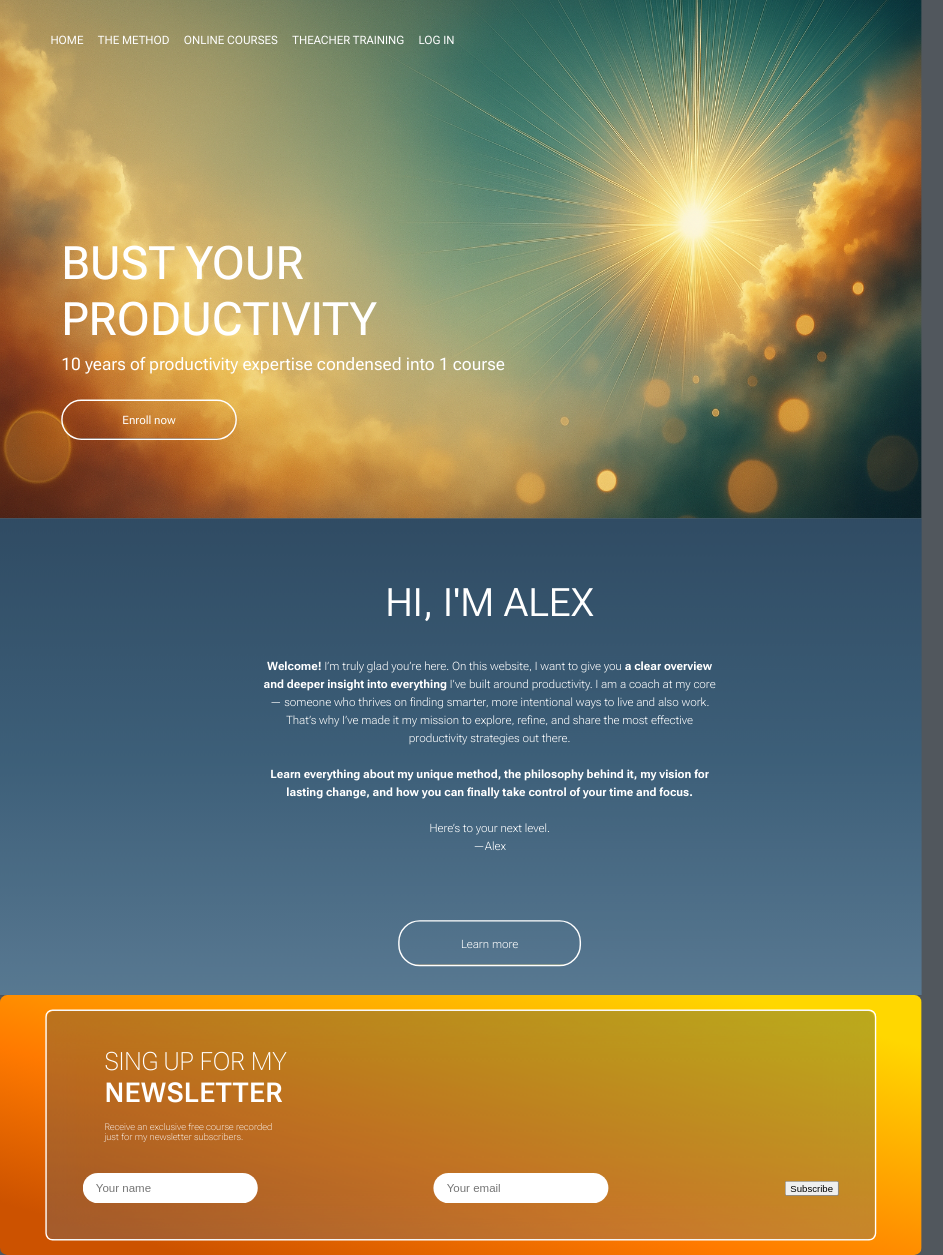
Repository: Parnicoza/testecomplete
Page: Productivity.copie.html
These files come from the project's save history. The page is drawn as it stood at one moment and after the next save; the edit follows.
The browser window is 1280 px wide. The page is 1310 px wide, so the pictures cover 1310 px, including what lies to the right of the window. The pictures show the whole page, at 72% of full size.

Above is the page before, as saved 2025-05-29 12:54:14.

### Productivity.copie.html
<!DOCTYPE html>
<html lang="en">

<head>
    <meta charset="utf-8">
    <title>Productivity</title>
    <link rel="stylesheet" href="stilizaretestcomplet-14.css">
    <link rel="icon" href="imaginitestecomplete/dashboard.ico">
    <link rel="stylesheet" href="peoductivitate.css">
    <meta name="viewport" content="width=device-width, initial-scale=1.0">
    <meta charset="UTF-8">
    <link rel="preconnect" href="https://fonts.googleapis.com">
    <link rel="preconnect" href="https://fonts.gstatic.com" crossorigin>
    <link href="https://fonts.googleapis.com/css2?family=Roboto+Flex:opsz,wght@8..144,100..1000&display=swap"
        rel="stylesheet">
</head>

<body>
    <header>
        <nav>
            <ul class="nav-links">
                <li><a href="">HOME</a></li>
                <li><a href="">THE METHOD </a></li>
                <li><a href="">ONLINE COURSES</a></li>
                <li><a href="">THEACHER TRAINING</a></li>
                <li><a href="">LOG IN</a></li>
            </ul>
        </nav>
    </header>
    <div class="hero-section">
        <!--Acest div este pentru a separa, cu un background , the intro of the page ,cum ar venii , fata de restul paginii-->
        <figure>
            <h1 class="main-heading-pentru-productivity"> Bust Your <br>
                Productivity</h1>
            <figcaption class="caption-for-the-heading">10 years of productivity expertise condensed into 1 course
            </figcaption>
            <a class="button" href="https://www.maltemartenmethod.com/"><span>Enroll now</span></a>
        </figure>
    </div>

    <div class="background-after-hero"
        style="background: linear-gradient(to bottom, #1e3c56, #2c516d, #4a6d88), rgba(255, 255, 255, 0.08); background-blend-mode: overlay; padding: 40px; margin-top: 0;">
        <div class="HIIAMALEX">
            <h2>HI, I'M ALEX</h2>
            <p>
                <b>Welcome!</b> I’m truly glad you’re here. On this website, I want to give you <b>a clear overview and
                    deeper insight into everything</b> I’ve built around productivity. I am a coach at my core — someone
                who thrives on finding smarter, more intentional ways to live and also work. That’s why I’ve made it my
                mission to explore, refine, and share the most effective productivity strategies out there.<br>

                <br><b>Learn everything about my unique method, the philosophy behind it, my vision for lasting change,
                    and how you can finally take control of your time and focus.</b><br>

                <br>Here’s to your next level.<br>
                —Alex
                <a class="learn-more-btn" href="https://www.maltemartenmethod.com/"><span>Learn more</span></a>
            </p>
        </div>
    </div>

    <div class="newsletter"><!--ACESTA ESTE BACKROUND-UL , DIN SPATE , CEL CU ROSU-->
        <div class="newsletter-text"><!--ACESTA ESTE BORDERUL/BACKGROUND-UL CU BORDER-->
            <div class="newsletter-overlay"></div>
            <div class="text">
                <!--ACEST DIV ESTE PENTRU TEXTUL PROPRIU ZIS , AICI PUN TEXTUL SI MA OC CU PROPRIETATILE LUI-->
                <p class="singup">
                    SING UP FOR MY<br>
                    <span class="span">NEWSLETTER</span><br>
                    <span style="font-size: small; display: inline-block;margin-top: 15px;">
                        Receive an exclusive free course recorded<br>
                        just for my newsletter subscribers.
                    </span>
                </p>

                <form class="newsletter-form-row">
                    <input type="text"  placeholder="Your name"  required>
                    <input type="email" placeholder="Your email" required>
                    <button type="submit">Subscribe</button>
                </form>
            </div>
        </div>
    </div>
</body>

</html>

### stilizaretestcomplet-14.css
body{
    background-color:#51575D;
}

.main-heading{
    text-align: center;
    text-transform: uppercase;
    text-shadow: 15px 15px 15px black;
    font-size: 3.5em;
    color: black;
}

.background-for-the-heading{
    background: linear-gradient(to right, #5B6770, #9CAEBF);
    margin: 20px;
    padding: 5px;
    border-radius: 10px;
    margin-left: 170px;
}

.thesamebackground{
    background-color: rgba(91, 103, 112, 0.6) ;
    margin-left: 170px;
    margin-top: 50px;
    text-align: center;
    padding: 10px;
    border-radius: 10px;
    box-shadow: 5px 5px 15px black;
    margin-right: 20px;
}

.paragraph-gradient{
    color: #ffff;
    font-size: 2em;
    -webkit-text-stroke: 0.7px black;
    text-align: center;
}

.quote{
    border: 1px dotted black;
    padding: 10px;
    margin-left: 150px;
}

.divider{
    border: none;
    height: 4px;
    background-color: lightgray;
    border: 3px dotted black;
    margin: 14px;
    margin-left: 150px;
}

.image{
    border-radius: 5px;
    box-shadow: 5px 5px 15px black;
    display: block;
    margin: 0 auto;
}

.picture{
    margin-left: 160px;
}

.Dashboard{
    display: flex;
}

.sidebar{
    display: flex;
    flex-direction: column;
   width: 140px;
   position: fixed;
   left: 0;
   top: 0;
   height: 96vh;
   justify-content: center;
   margin: 20px;
   background-color: #6A747D;
    border-radius: 10px;
    box-shadow: -5px -5px 15px black;

}

.list{
    list-style-type: none;
    display: flex;
    flex-direction: column;
    gap: 30px;
    padding: 0;
    margin-left: 10px;
}

.container{
    margin-left: 160px;
}

.divimage{
    display: block;
    margin-left: 160px;
    margin-top: 50px;

}

.figcaption{
    font-style: italic;
    font-weight: bold;
    margin: 20px;
}

.home{
    color: black;
}

.BLOCKS{
    display: flex;
    flex-direction: row;
    justify-content: space-evenly;
    gap: 20px;
}
.blocks{
    display: flex;
    flex-direction: column;
    justify-content: space-evenly;
    width: 350px;
    margin-left: 170px;
    background-color: rgba(91, 103, 112, 0.6);
    box-shadow: 5px 5px 15px black;
    border-radius: 10px;
    padding: 10px;
    margin-right: 20px;
}

.blocks2{
    display: flex;
    flex-direction: column;
    justify-content: space-evenly;
    width: 350px;
    background-color: rgba(91, 103, 112, 0.6);
    box-shadow: 5px 5px 15px black;
    border-radius: 10px;
    padding: 10px;
    margin-right: 20px;
}

.blocks3{
    display: flex;
    flex-direction: column;
    justify-content: space-evenly;
    width: 350px;
    background-color: rgba(91, 103, 112, 0.6);
    box-shadow: 5px 5px 15px black;
    border-radius: 10px;
    padding: 10px;
    margin-right: 20px;
}
.headingforblock{
    text-align: left;
    text-transform: uppercase;
    font-weight: bold;
    color: black;
    display: flex;
}

.paragraph-gradient1{
    color: #ffff;
    -webkit-text-stroke: 0.6px black;
    font-size: 25px;
    text-align: center;
}

.footer{
    margin-left: 170px;
}

.social-media{
    display: flex;
    flex-direction: row;
    justify-content: space-evenly;
    gap: 20px;
    margin-top: 250px;
}
.ul{
    list-style-type: none;
    display: flex;
    flex-direction: row;
    gap: 20px;
    padding: 0;
}

.footer-text{
    color: white;
    font-size: smaller;
    text-align: center;
    margin: 0 auto;
    width: 650px;
}

.Disclaimer{
    color: white;
    font-size: large;
}

.ifarme{
    margin-left: 160px;
    margin-top: 10px;
}

### peoductivitate.css
html,body{overflow-x:hidden;}
body{
    font-family: "Roboto Flex", sans-serif;
    margin: 0;
}

.hero-section{
    height: 100vh;
    display: flex;
    align-items: center;
    background-image: url('imaginitestecomplete/sky.png');
    background-position: center;
    background-size: cover;
    background-repeat: no-repeat;
    /* A RAMAS SA PUN BACKGROUND */
    background-size: cover;
    background-position: center;
    background-repeat: no-repeat;
    margin-bottom: 0;
    width: 100%;
}

.background-after-hero {
    background: linear-gradient(to bottom, #1e3c56, #2c516d, #4a6d88), rgba(255, 255, 255, 0.08);
    background-blend-mode: overlay;
    padding: 40px;
    margin-top: 0;
    min-height: 60vh;
    width: 100%;
    overflow-x: hidden;

}

nav{
    position: absolute;
    width: 100%;
    z-index: 1000;
    margin: 30px;
}

.nav-links{
    list-style-type: none;
    display: flex;
    justify-content: flex-start;
    gap: 20px;
}

.nav-links li a{
    text-decoration: none;
    color: white;
}

.main-heading-pentru-productivity{
    text-transform: uppercase;
    font-size: 4rem;
    color: white;
    text-align: left;
    line-height: 1.2em;
    margin-top: 220px;
    margin-left: 45px;
    margin-bottom: 10px;
    font-weight: 450;
}

.caption-for-the-heading{
    display: inline-block;
    text-align: left;
    margin-left: 45px;
    font-size: x-large;
    color: white;
}

.HIIAMALEX{
    color: white;
    text-align: center;
}

.HIIAMALEX h2{
    font-weight: 330;
    font-size: 3.4em;
}

.HIIAMALEX p{
    font-weight: 200;
    width: 50%;
    text-align: center;
    margin: 0 auto;
    line-height: 25px;
}

.button{
    background: transparent;
   border: 2px solid white;
    border-radius: 30px;
    display: flex;
    justify-content: center;
    align-items: center;
    text-align: center;
    width: 240px;
    height: 52px;
    margin-top: 35px;
    margin-left: 45px;
    color: white;
    text-decoration: none;
    position: relative;
    overflow: hidden;
    z-index: 1;
}

.button::before {
    content: "";
    position: absolute;
    bottom: -100%;         /* de jos, complet ascuns la început */
    left: 0;
    width: 100%;
    height: 100%;
    background: linear-gradient(to bottom, #1e3c56, #2c516d, #4a6d88), rgba(255, 255, 255, 0.08);
    transition: bottom 0.4s ease;
    z-index: 0;
}
.button:hover::before {
    bottom: 0;  /* se ridică complet peste buton */
}
.button span {
    position: relative;
    z-index: 2;
}

.learn-more-btn{
    background: transparent;
    border: 2px solid white;
    border-radius: 30px;
    display: flex;
    align-items: center;
    justify-content: center;
    text-align: center;
    width: 250px;
    height: 60px;
    margin: 0 auto;
    position: relative;
    overflow: hidden;
    z-index: 1;
    color: white;
    text-decoration: none;
    margin-top: 90px;
}

.learn-more-btn::before{
    content: "";
    position: absolute;
    bottom: -100%;         /* de jos, complet ascuns la început */
    left: 0;
    width: 100%;
    height: 100%;
    background: linear-gradient(to top right, #cc5200 10%, #ff7a00 40%, #ffd700 90%);
    transition: bottom 0.4s ease;
    z-index: 0;
}

.learn-more-btn:hover::before{
    bottom: 0;  /* se ridică complet peste buton */
}

.learn-more-btn span{
    position: relative;
    z-index: 2;
}

.newsletter{
    background: linear-gradient(to top right, #cc5200 10%, #ff7a00 40%, #ffd700 90%);
    min-height: 45vh;
    display: flex;
    justify-content: center;
    align-items: center;
    flex-direction: column;
    width: 100%;
    border-radius: 10px;
}
.singup {
    color: white;
    font-size: 35px;
    font-weight: 100;
    text-align: left;
    margin-left: 30px;
    line-height: 1.2;
}
.span {
    display: inline-block;
    font-weight: 600;
    width: 250px;
    text-align: left;
    font-size: 38px;
    letter-spacing: 0.5px;
}

.newsletter-text{
    border: 2px solid white;
    width: 90%;
    max-width: 1150px;
    margin: 20px auto;
    position: relative;
    border-radius: 10px;

}
.text{
    margin: 50px;
    position: relative;
    z-index: 2;
}
.newsletter-overlay{
    position: absolute;
    top: 0;
    left: 0;
    width: 100%;
    height: 100%;
    background: linear-gradient(
      to bottom,
      rgba(30, 60, 86, 0.3),
      rgba(44, 81, 109, 0.3),
      rgba(74, 109, 136, 0.3)
    );
    backdrop-filter: blur(30px);
    border-radius: 4px;
    z-index: 0;
    border-radius: 10px;
}

.newsletter-form-row{
    display: flex;
    align-items: center;
    justify-content: space-between;
    gap: 30px;
}
form {
    display: flex;
    gap: 20px;
  }

  form input {
    padding: 12px 18px;
    border-radius: 25px;
    border: none;
    background-color: white;
    color: #333;
    font-size: 16px;
  }
  form input:focus {
    outline: none;
    box-shadow: 0 0 0 2px #ffa50044;
  }
  .explore-courses{
    background: linear-gradient(to bottom, #1e3c56, #2c516d, #4a6d88), rgba(255, 255, 255, 0.08);
    display: flex;
    justify-content: center;
    flex-direction: column;
    align-items: center;
    min-height: 100vh;
  }

  .explore-courses-text{
    width: 50%;
    text-align: center;
    color: white;
    margin: 0 auto;
    line-height: 25px;
    font-weight: 200;
    margin-top: 45.152px;
  }

  .explore-courses h2{
    font-weight: 330;
    font-size: 3.4em;
    color: white;
    text-align: center;
}

.course-cards{
    display: flex;
    align-items: center;
    justify-content: space-evenly;
    gap: 100px;
    margin: auto;
    margin-top: 50px;
}

.borderfortheimages{
    border-radius: 25px;
}
.scroll-appear {
    opacity: 0;
    transform: translateY(-30px);
    transition: opacity 1.5s ease, transform 1.5s ease;
}

.scroll-appear.show {
    opacity: 1;
    transform: translateY(0);
}

.join-btn {
    margin-top: 50px;      /* pushes the button down a bit */
    margin-bottom: 40px;   /* optional bottom spacing */
}

After the next save:
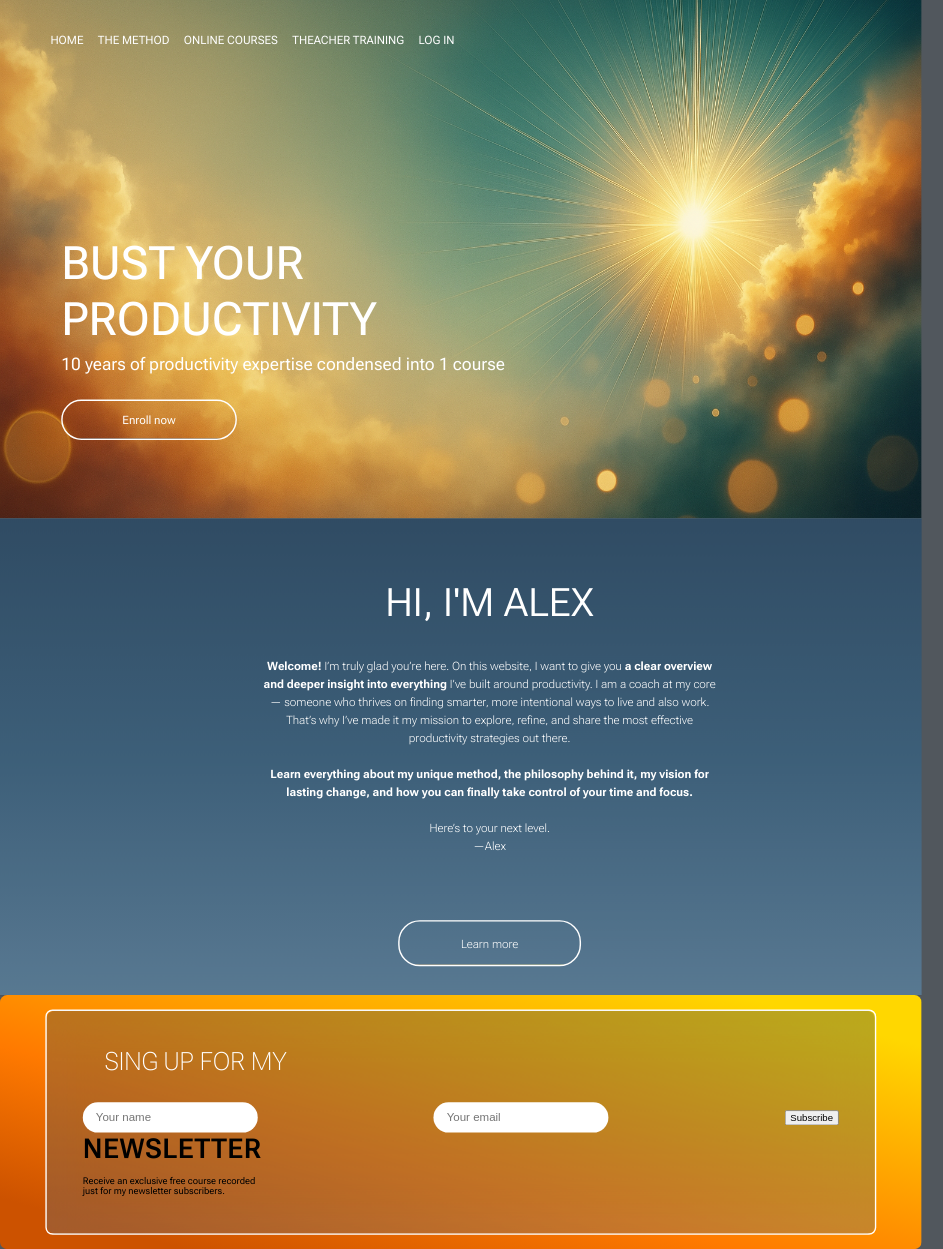
Saved 2 s later.
--- a/Productivity.copie.html
+++ b/Productivity.copie.html
@@ -63,20 +63,16 @@
             <div class="newsletter-overlay"></div>
             <div class="text">
                 <!--ACEST DIV ESTE PENTRU TEXTUL PROPRIU ZIS , AICI PUN TEXTUL SI MA OC CU PROPRIETATILE LUI-->
-                <p class="singup">
-                    SING UP FOR MY<br>
+                <p class="singup">SING UP FOR MY<br>
+                    <form class="newsletter-form-row">
+                        <input type="text"  placeholder="Your name"  required>
+                        <input type="email" placeholder="Your email" required>
+                        <button type="submit">Subscribe</button>
+                    </form>
                     <span class="span">NEWSLETTER</span><br>
-                    <span style="font-size: small; display: inline-block;margin-top: 15px;">
-                        Receive an exclusive free course recorded<br>
-                        just for my newsletter subscribers.
-                    </span>
+                    <span style="font-size: small; display: inline-block;margin-top: 15px;">Receive an exclusive free course recorded
+                        <br>just for my newsletter subscribers.</span>
                 </p>
-
-                <form class="newsletter-form-row">
-                    <input type="text"  placeholder="Your name"  required>
-                    <input type="email" placeholder="Your email" required>
-                    <button type="submit">Subscribe</button>
-                </form>
             </div>
         </div>
     </div>
